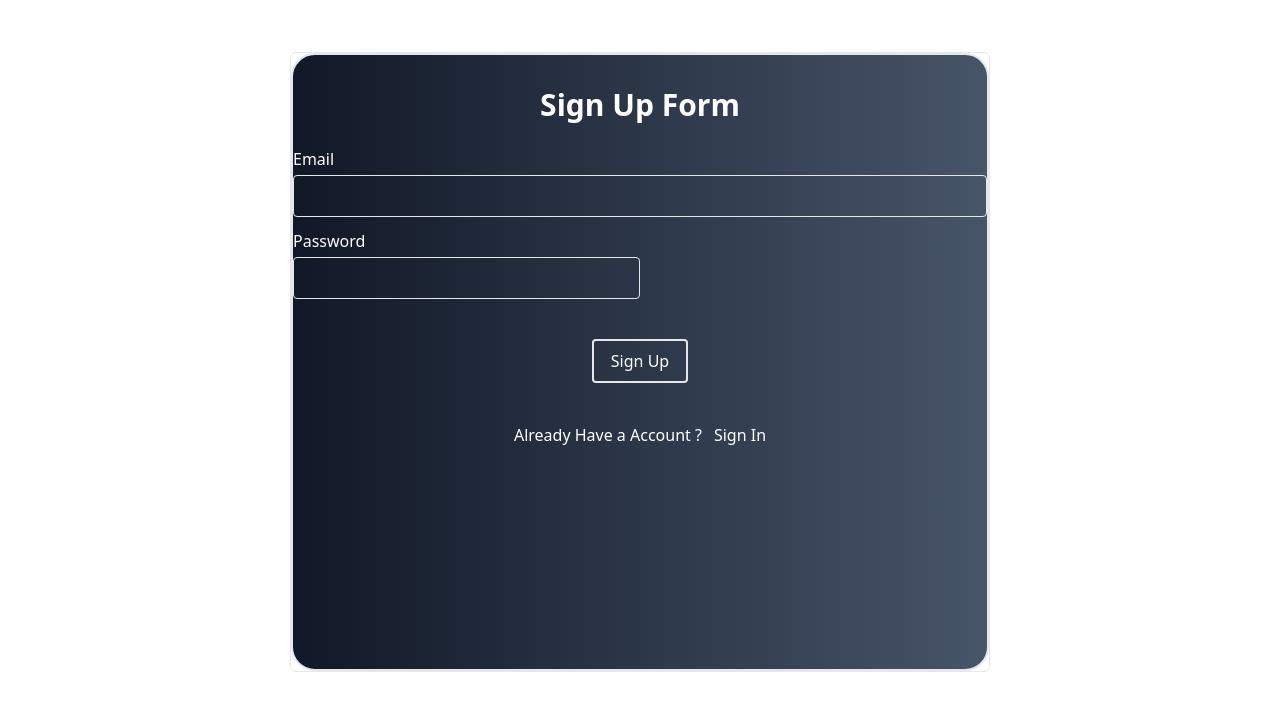
Repository: OmkarTidke8080/Assessment
Page: /sign-in (app in frontend/)
The author's editor kept a copy of each file at every save. The page is drawn from the files as they stood at one save, then again after a run of saves.
The browser window is 1280 px wide. The pictures show the whole page.
The project was rebuilt for these pictures with package versions that can differ from the ones it lists, and the page was loaded fresh each time. Also part of the build but not shown: frontend/vite.config.js, frontend/src/components/HomePage.jsx, frontend/src/components/SignUp.jsx.

Above is the page before, as saved 2024-10-19 22:18:05.

After the next 4 saves:
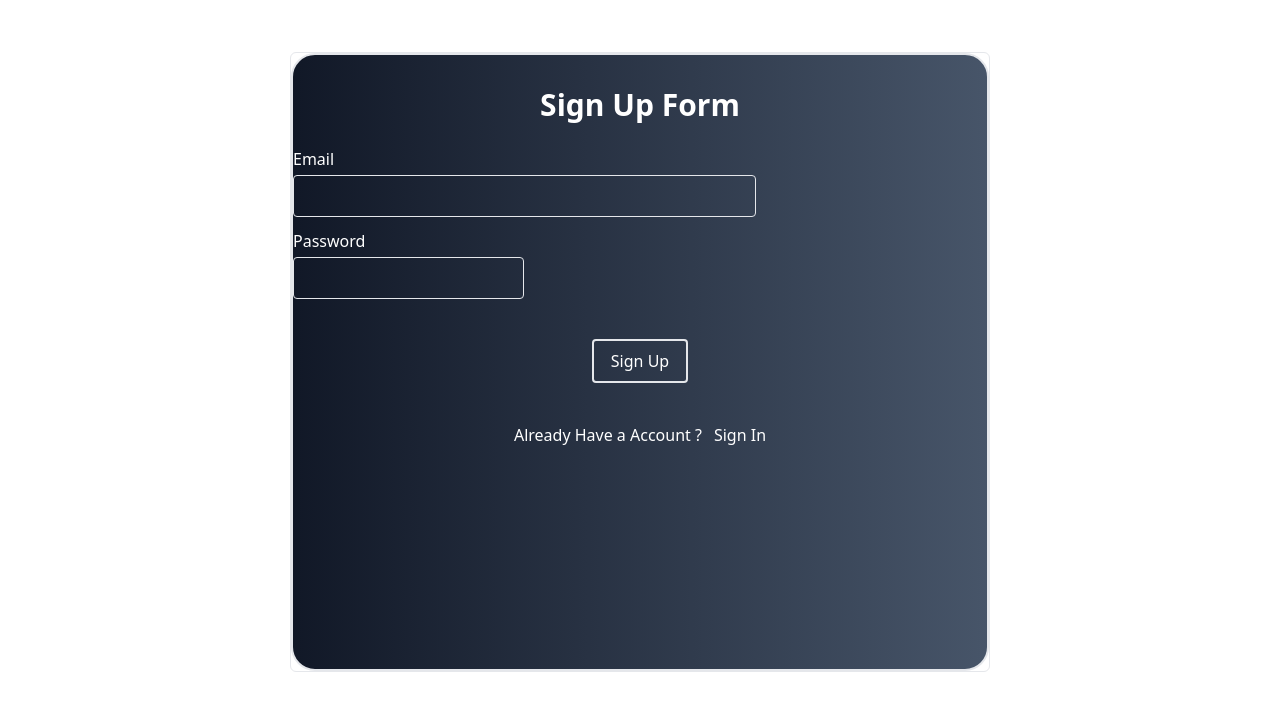
The 4 saves are shown as one change because they came seconds apart.
The last was saved 12 s later.
--- a/frontend/src/components/SignIn.jsx
+++ b/frontend/src/components/SignIn.jsx
@@ -11,7 +11,7 @@ function SignIn() {
               </h1>
             </div>
             <form>
-                <div>
+                <div className='w-2/3'>
                   <div className="mt-3">
                     <label htmlFor="email" className=" flex mb-1">
                       Email
